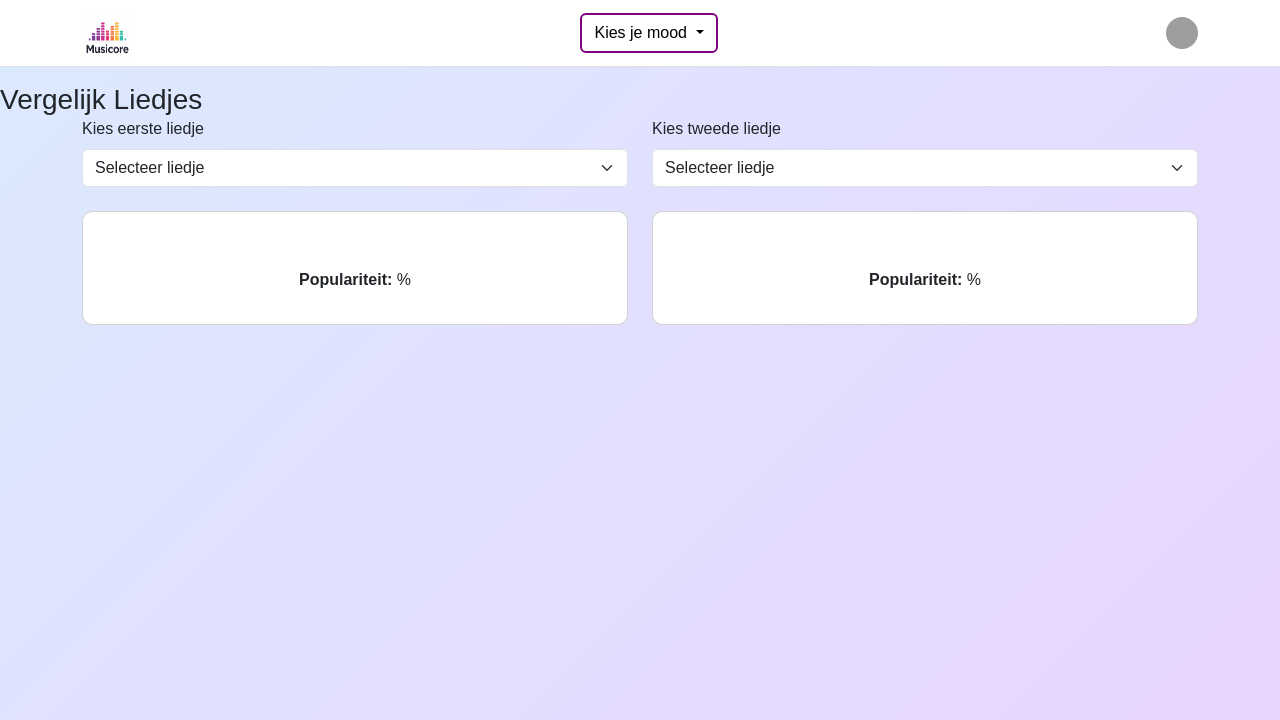
Repository: khadishat00/maskr
Page: maskr-frontend/compare.html
The author's editor kept a copy of each file at every save. The page is drawn from the files as they stood at one save, then again after the next save.
The browser window is 1280 px wide. The pictures show the whole page.
Pictures or frames that could not be fetched are drawn as grey boxes.

Above is the page before, as saved 2026-04-28 10:57:48.

After the next save:
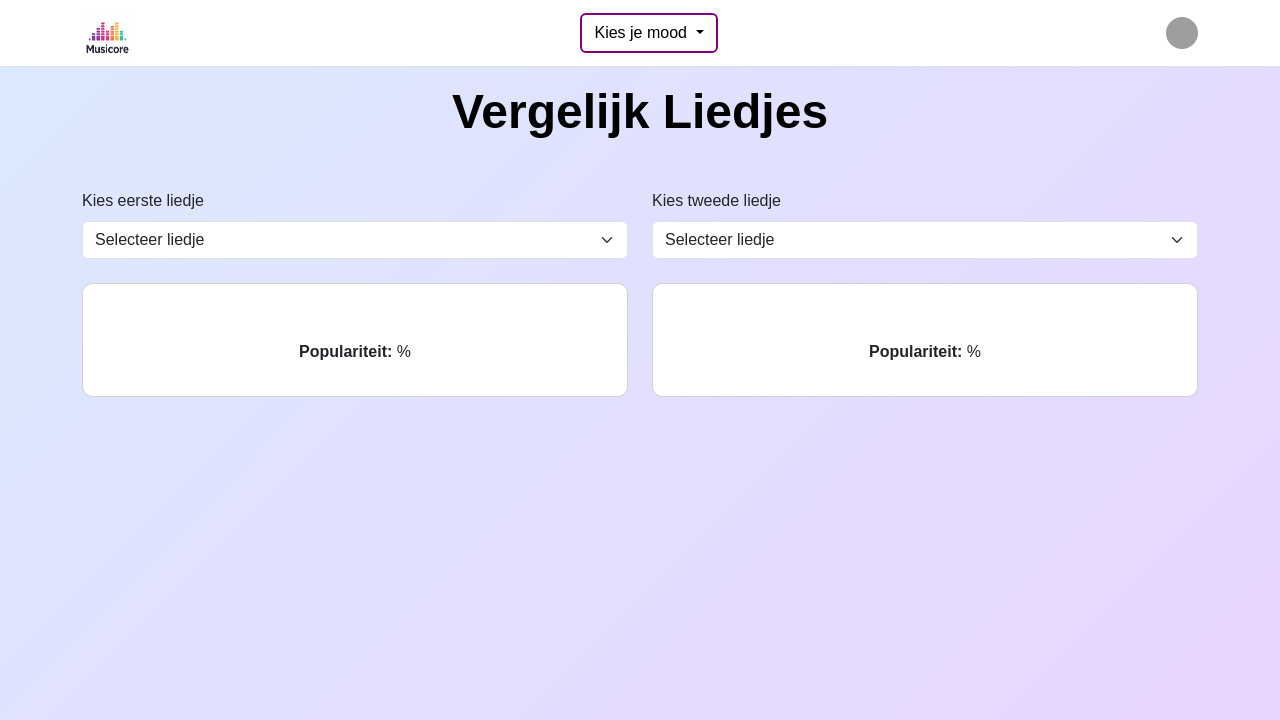
Saved 2 min 16 s later.
--- a/maskr-frontend/compare.html
+++ b/maskr-frontend/compare.html
@@ -54,8 +54,9 @@
     </div>
   </header>
 <body>
-         <h3 class="mb-0">Vergelijk Liedjes</h3>
-
+<header class="text-center mb-5">
+    <h1 class="display-5 fw-bold text-black mb-3">
+        Vergelijk Liedjes
         <div class="dropdown">
                         <ul class="dropdown-menu dropdown-menu-end text-small shadow">
                 <li><a class="dropdown-item" href="#">Profiel</a></li>
